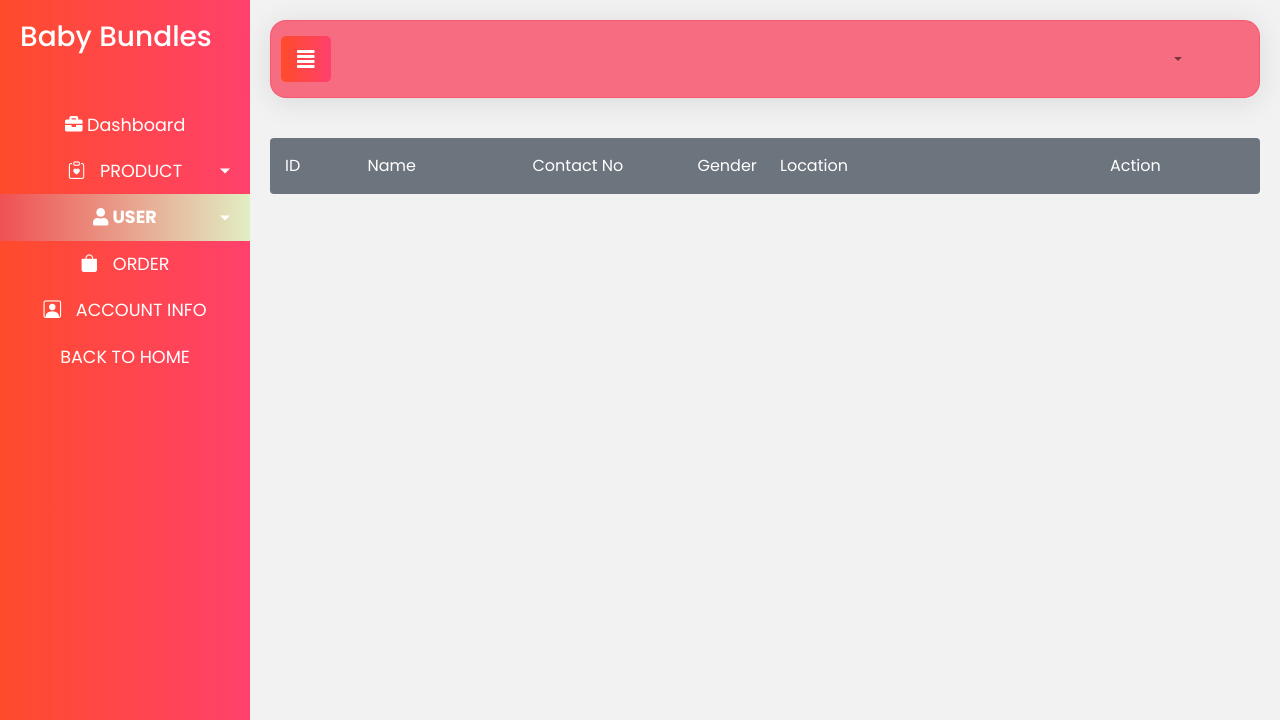
Repository: jiahow99/Baby-Bundles-University
Page: http://localhost/admin-viewuser.php
The author's editor kept a copy of each file at every save. The page is drawn from the files as they stood at one save, then again after the next save.
The browser window is 1280 px wide. The pictures show the whole page.
Some web libraries are served in a nearby version. The page is run by PHP 8.4 with error messages shown; the project is at /var/www/html/. Queries for data that is not in the repository find no rows.

Above is the page before, as saved 2022-11-25 00:39:35.

After the next save:
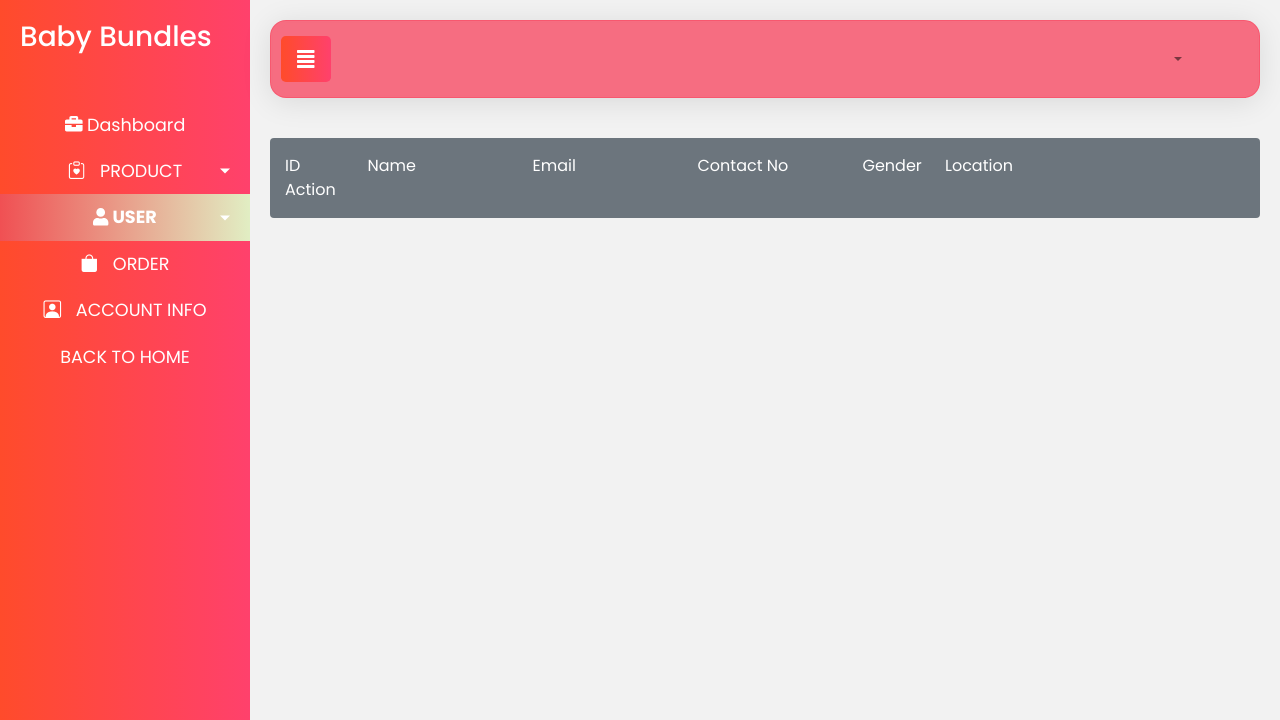
Saved 93 s later.
--- a/admin-viewuser.php
+++ b/admin-viewuser.php
@@ -111,6 +111,7 @@ if(isset($_GET['action'])){
                 <div class="row bg-secondary rounded py-3 mb-3">
                     <div class="col-1 text-white">ID</div>
                     <div class="col-2 text-white">Name</div>
+                    <div class="col-2 text-white">Email</div>
                     <div class="col-2 text-white">Contact No</div>
                     <div class="col-1 text-white">Gender</div>
                     <div class="col-4 text-white">Location</div>
